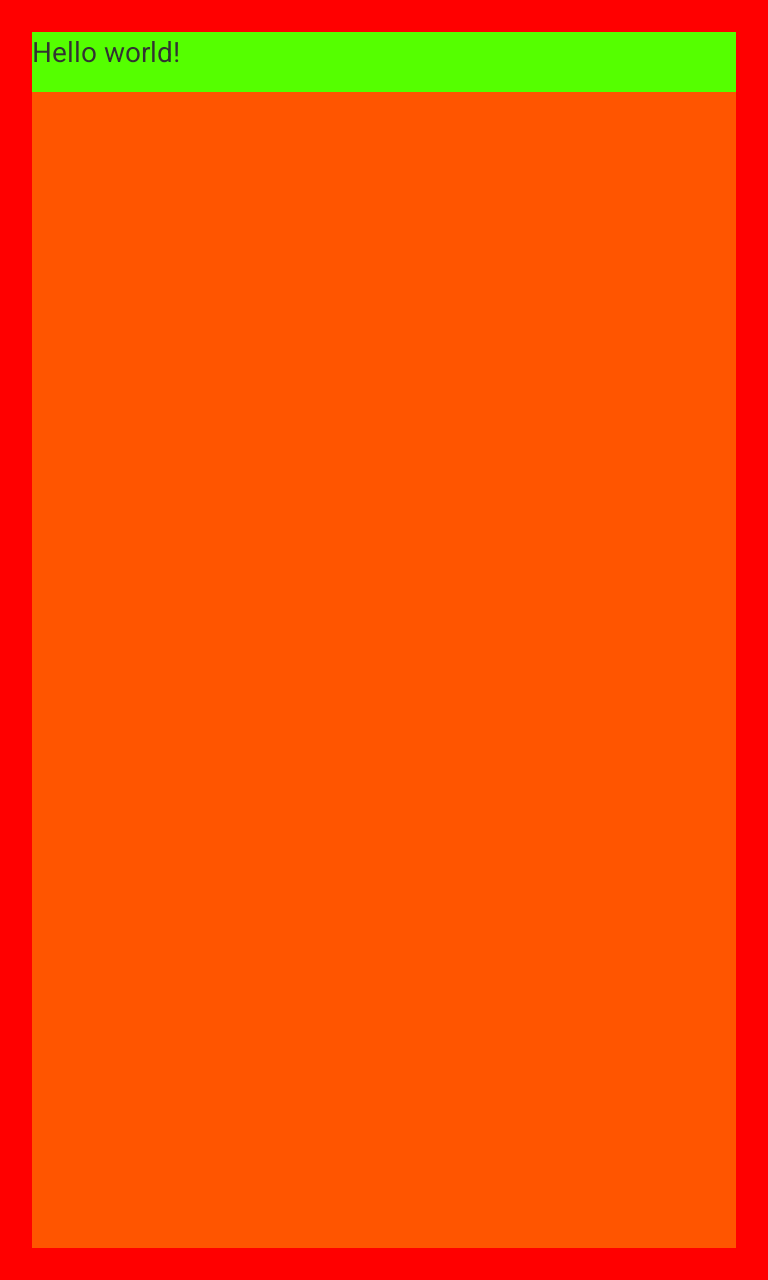
Repository: ablanchard/formation-android
Layout: ParlezVousAndroid/res/layout/fragment_main.xml
An editor plug-in stored every save of this project. The layout is shown before and after the next save, followed by the edit.
It is drawn on a 768 x 1280 px phone screen (xhdpi) without system bars, with theme AppTheme; the app's code is not run.

Above is the layout before, as saved 2014-04-29 08:20:21.

### ParlezVousAndroid/res/layout/fragment_main.xml
<RelativeLayout xmlns:android="http://schemas.android.com/apk/res/android"
    xmlns:tools="http://schemas.android.com/tools"
    android:layout_width="match_parent"
    android:layout_height="match_parent"
    android:paddingBottom="@dimen/activity_vertical_margin"
    android:paddingLeft="@dimen/activity_horizontal_margin"
    android:paddingRight="@dimen/activity_horizontal_margin"
    android:paddingTop="@dimen/activity_vertical_margin"
    android:background="#FFFF0000"
    tools:context="com.example.parlezvousandroid.MainActivity$PlaceholderFragment" >

    <LinearLayout
    android:layout_width="match_parent"
    android:layout_height="30dp"
    android:background="#FFFFFF00"
     android:orientation="vertical"
        ></LinearLayout>
     <LinearLayout
    android:layout_width="match_parent"
    android:layout_height="match_parent"
    android:background="#FFFF5500"
     android:orientation="vertical"

        ></LinearLayout>
      <LinearLayout
    android:layout_width="match_parent"
    android:layout_height="30dp"
    android:background="#FF55FF00"
     android:orientation="vertical"

        ></LinearLayout>
    <TextView
        android:layout_width="wrap_content"
        android:layout_height="wrap_content"
        android:text="@string/hello_world" />

</RelativeLayout>

### ParlezVousAndroid/res/values/strings.xml
<?xml version="1.0" encoding="utf-8"?>
<resources>

    <string name="app_name">ParlezVousAndroid</string>
    <string name="hello_world">Hello world!</string>
    <string name="action_settings">Settings</string>

</resources>

Loaded but not shown: ParlezVousAndroid/res/values/styles.xml (common file); ParlezVousAndroid/res/values-v11/styles.xml (common file); ParlezVousAndroid/res/values-v14/styles.xml (common file); ParlezVousAndroid/res/values/dimens.xml (common file); ParlezVousAndroid/res/values-w820dp/dimens.xml (common file)

After the next save:
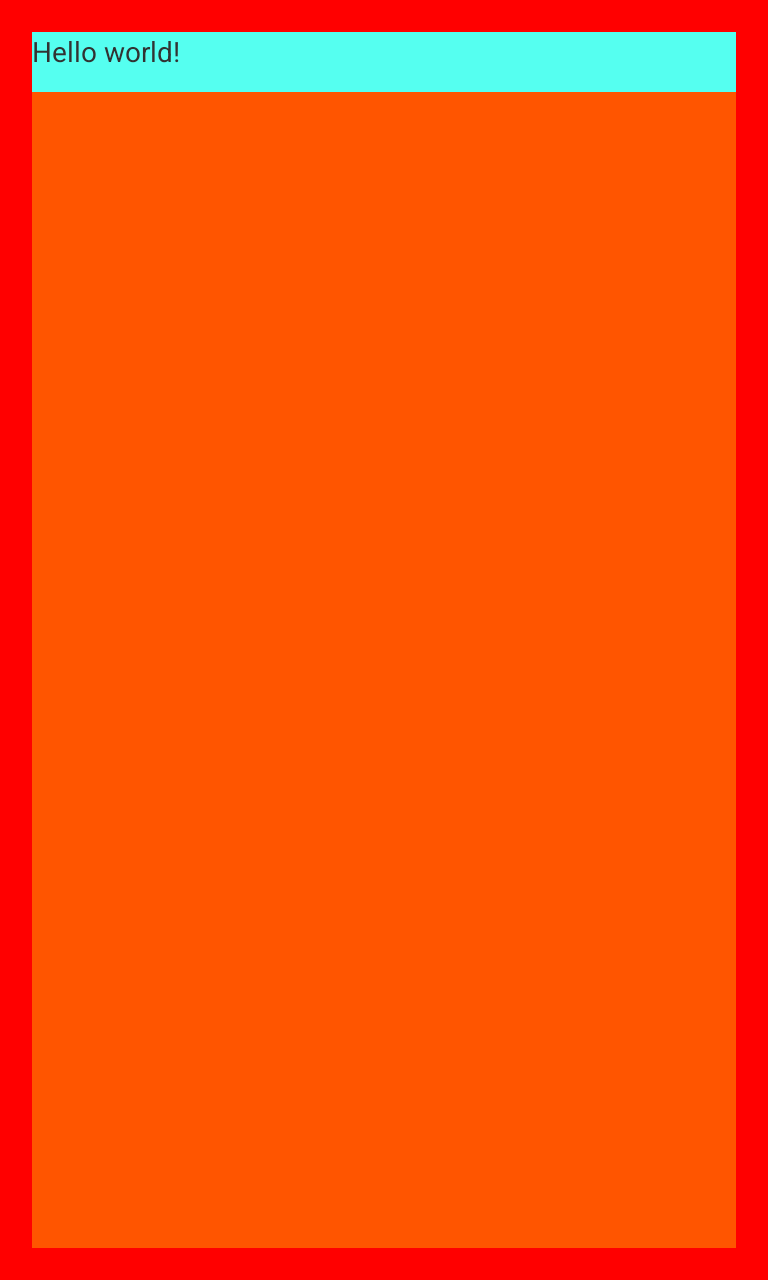
Saved 41 s later.
--- a/ParlezVousAndroid/res/layout/fragment_main.xml
+++ b/ParlezVousAndroid/res/layout/fragment_main.xml
@@ -25,7 +25,7 @@
       <LinearLayout
     android:layout_width="match_parent"
     android:layout_height="30dp"
-    android:background="#FF55FF00"
+    android:background="#FF55FFF0"
      android:orientation="vertical"
 
         ></LinearLayout>
